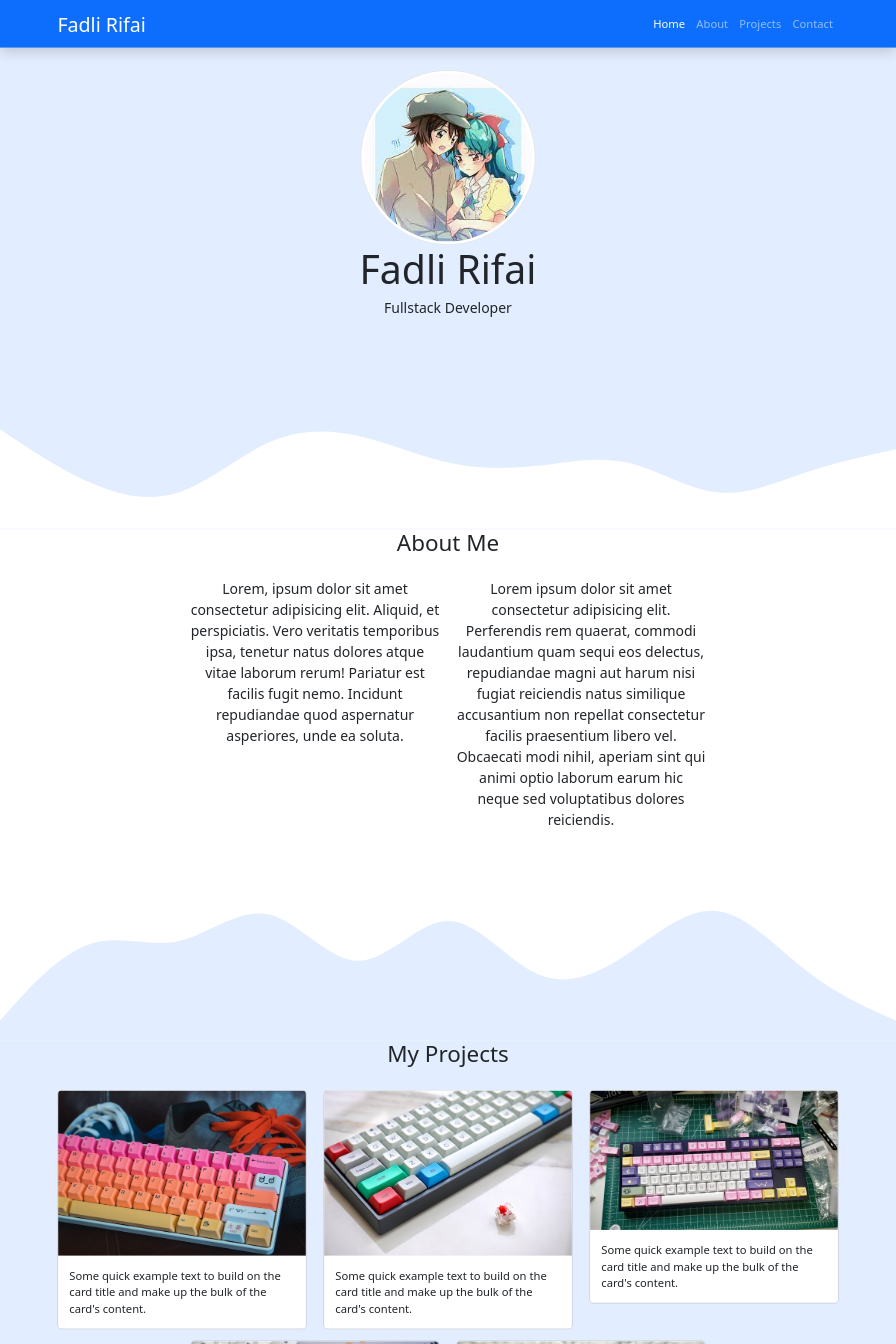
Repository: fadlyyy/fadli-dev.github.io
Page: index.html
The author's editor kept a copy of each file at every save. The page is drawn from the files as they stood at one save, then again after the next save.
The browser window is 1280 px wide. The pictures show the part of the page from y = 0 to 1920 px (the page is 3336 px tall before and 3268 px after), at 70% of full size.

Above is the page before, as saved 2024-01-19 18:13:31.

### index.html
<!DOCTYPE html>
<html lang="en">
  <head>
    <meta charset="utf-8" />
    <meta name="viewport" content="width=device-width, initial-scale=1" />
    <title>Bootstrap demo</title>
    <link href="https://cdn.jsdelivr.net/npm/bootstrap@5.2.3/dist/css/bootstrap.min.css" rel="stylesheet" integrity="sha384-rbsA2VBKQhggwzxH7pPCaAqO46MgnOM80zW1RWuH61DGLwZJEdK2Kadq2F9CUG65" crossorigin="anonymous" />

    <!-- Bootstrap Icons -->
    <link rel="stylesheet" href="https://cdn.jsdelivr.net/npm/bootstrap-icons@1.11.3/font/bootstrap-icons.min.css" />

    <!-- My styles css -->
    <link rel="stylesheet" href="style.css" />
  </head>
  <body>
    <!-- Navbar -->
    <nav class="navbar navbar-expand-lg navbar-dark bg-primary shadow">
      <div class="container">
        <a class="navbar-brand fs-3" href="#">Fadli Rifai</a>
        <button class="navbar-toggler" type="button" data-bs-toggle="collapse" data-bs-target="#navbarNav" aria-controls="navbarNav" aria-expanded="false" aria-label="Toggle navigation">
          <span class="navbar-toggler-icon"></span>
        </button>
        <div class="collapse navbar-collapse" id="navbarNav">
          <ul class="navbar-nav ms-auto">
            <li class="nav-item">
              <a class="nav-link active" aria-current="page" href="#">Home</a>
            </li>
            <li class="nav-item">
              <a class="nav-link" href="#">About</a>
            </li>
            <li class="nav-item">
              <a class="nav-link" href="#">Projects</a>
            </li>
            <li class="nav-item">
              <a class="nav-link" href="#">Contact</a>
            </li>
          </ul>
        </div>
      </div>
    </nav>
    <!-- Navbar End -->

    <!-- Jumbotron -->
    <section class="jumbotron text-center">
      <img class="rounded-circle img-thumbnail" src="img/images.jpeg" alt="" width="250" />
      <h1 class="display-4">Fadli Rifai</h1>
      <p class="lead">Fullstack Developer</p>
      <svg xmlns="http://www.w3.org/2000/svg" viewBox="0 0 1440 320">
        <path
          fill="#ffffff"
          fill-opacity="1"
          d="M0,160L24,176C48,192,96,224,144,245.3C192,267,240,277,288,261.3C336,245,384,203,432,181.3C480,160,528,160,576,170.7C624,181,672,203,720,213.3C768,224,816,224,864,218.7C912,213,960,203,1008,213.3C1056,224,1104,256,1152,261.3C1200,267,1248,245,1296,229.3C1344,213,1392,203,1416,197.3L1440,192L1440,320L1416,320C1392,320,1344,320,1296,320C1248,320,1200,320,1152,320C1104,320,1056,320,1008,320C960,320,912,320,864,320C816,320,768,320,720,320C672,320,624,320,576,320C528,320,480,320,432,320C384,320,336,320,288,320C240,320,192,320,144,320C96,320,48,320,24,320L0,320Z"
        ></path>
      </svg>
    </section>
    <!-- Jumbotron End -->

    <!-- About -->
    <section id="about">
      <div class="container">
        <div class="row text-center mb-4">
          <div class="col">
            <h2>About Me</h2>
          </div>
        </div>
        <div class="row justify-content-center fs-5 text-center">
          <div class="col-md-4">
            <p class="">
              Lorem, ipsum dolor sit amet consectetur adipisicing elit. Aliquid, et perspiciatis. Vero veritatis temporibus ipsa, tenetur natus dolores atque vitae laborum rerum! Pariatur est facilis fugit nemo. Incidunt repudiandae quod
              aspernatur asperiores, unde ea soluta.
            </p>
          </div>
          <div class="col-md-4">
            <p>
              Lorem ipsum dolor sit amet consectetur adipisicing elit. Perferendis rem quaerat, commodi laudantium quam sequi eos delectus, repudiandae magni aut harum nisi fugiat reiciendis natus similique accusantium non repellat
              consectetur facilis praesentium libero vel. Obcaecati modi nihil, aperiam sint qui animi optio laborum earum hic neque sed voluptatibus dolores reiciendis.
            </p>
          </div>
        </div>
      </div>
      <svg xmlns="http://www.w3.org/2000/svg" viewBox="0 0 1440 320">
        <path
          fill="#e2edff"
          fill-opacity="1"
          d="M0,288L24,261.3C48,235,96,181,144,165.3C192,149,240,171,288,160C336,149,384,107,432,117.3C480,128,528,192,576,192C624,192,672,128,720,128C768,128,816,192,864,213.3C912,235,960,213,1008,181.3C1056,149,1104,107,1152,112C1200,117,1248,171,1296,208C1344,245,1392,267,1416,277.3L1440,288L1440,320L1416,320C1392,320,1344,320,1296,320C1248,320,1200,320,1152,320C1104,320,1056,320,1008,320C960,320,912,320,864,320C816,320,768,320,720,320C672,320,624,320,576,320C528,320,480,320,432,320C384,320,336,320,288,320C240,320,192,320,144,320C96,320,48,320,24,320L0,320Z"
        ></path>
      </svg>
    </section>
    <!-- About End -->

    <!-- Section Projects -->
    <section id="projects">
      <div class="container">
        <div class="row mb-4">
          <div class="col text-center">
            <h2>My Projects</h2>
          </div>
        </div>
        <div class="row justify-content-center">
          <div class="col-md-4 mb-3 child">
            <div class="card">
              <img src="img/projects/Projects1.jpg" class="card-img-top" alt="..." />
              <div class="card-body">
                <p class="card-text">Some quick example text to build on the card title and make up the bulk of the card's content.</p>
              </div>
            </div>
          </div>
          <div class="col-md-4 mb-3 child">
            <div class="card">
              <img src="img/projects/Projects2.jpg" class="card-img-top" alt="..." />
              <div class="card-body">
                <p class="card-text">Some quick example text to build on the card title and make up the bulk of the card's content.</p>
              </div>
            </div>
          </div>
          <div class="col-md-4 mb-3 child">
            <div class="card">
              <img src="img/projects/Projects3.jpg" class="card-img-top" alt="..." />
              <div class="card-body">
                <p class="card-text">Some quick example text to build on the card title and make up the bulk of the card's content.</p>
              </div>
            </div>
          </div>
          <div class="col-md-4 mb-3 child">
            <div class="card">
              <img src="img/projects/Projects4.jpg" class="card-img-top" alt="..." />
              <div class="card-body">
                <p class="card-text">Some quick example text to build on the card title and make up the bulk of the card's content.</p>
              </div>
            </div>
          </div>
          <div class="col-md-4 mb-3 child">
            <div class="card">
              <img src="img/projects/Projects5.jpg" class="card-img-top" alt="..." />
              <div class="card-body">
                <p class="card-text">Some quick example text to build on the card title and make up the bulk of the card's content.</p>
              </div>
            </div>
          </div>
        </div>
      </div>
      <svg xmlns="http://www.w3.org/2000/svg" viewBox="0 0 1440 320">
        <path
          fill="#fff"
          fill-opacity="1"
          d="M0,192L48,197.3C96,203,192,213,288,192C384,171,480,117,576,128C672,139,768,213,864,229.3C960,245,1056,203,1152,197.3C1248,192,1344,224,1392,240L1440,256L1440,320L1392,320C1344,320,1248,320,1152,320C1056,320,960,320,864,320C768,320,672,320,576,320C480,320,384,320,288,320C192,320,96,320,48,320L0,320Z"
        ></path>
      </svg>
    </section>
    <!-- End Section Projects -->

    <!-- Contact -->
    <section id="contact">
      <div class="container">
        <div class="row text-center mb-3">
          <div class="col">
            <h2>Contact Me</h2>
          </div>
        </div>
        <div class="row justify-content-center">
          <div class="col-md-6">
            <form>
              <div class="mb-3">
                <label for="name" class="form-label">Name</label>
                <input type="text" class="form-control" id="name" aria-describedby="name" />
              </div>
              <div class="mb-3">
                <label for="email" class="form-label">Email Address</label>
                <input type="email" class="form-control" id="email" aria-describedby="email" />
              </div>
              <div class="mb-3">
                <label for="message" class="form-label">Message</label>
                <textarea class="form-control" id="message" rows="3"></textarea>
              </div>
              <button type="submit" class="btn btn-primary">Send Message</button>
            </form>
          </div>
        </div>
      </div>
      <svg xmlns="http://www.w3.org/2000/svg" viewBox="0 0 1440 320">
        <path
          fill="#0d6efd"
          fill-opacity="1"
          d="M0,96L30,117.3C60,139,120,181,180,218.7C240,256,300,288,360,288C420,288,480,256,540,240C600,224,660,224,720,229.3C780,235,840,245,900,224C960,203,1020,149,1080,144C1140,139,1200,181,1260,176C1320,171,1380,117,1410,90.7L1440,64L1440,320L1410,320C1380,320,1320,320,1260,320C1200,320,1140,320,1080,320C1020,320,960,320,900,320C840,320,780,320,720,320C660,320,600,320,540,320C480,320,420,320,360,320C300,320,240,320,180,320C120,320,60,320,30,320L0,320Z"
        ></path>
      </svg>
    </section>
    <!-- End Contact -->

    <!-- Footer -->
    <footer class="bg-primary text-center pb-5">
      <p class="text-white">Created with <i class="bi bi-heart-pulse-fill text-danger"></i> by <a href="#" class="fw-bold text-white fst-italic">Fadli Rifai</a></p>
    </footer>
    <!-- Footer End -->

    <script src="https://cdn.jsdelivr.net/npm/bootstrap@5.2.3/dist/js/bootstrap.bundle.min.js" integrity="sha384-kenU1KFdBIe4zVF0s0G1M5b4hcpxyD9F7jL+jjXkk+Q2h455rYXK/7HAuoJl+0I4" crossorigin="anonymous"></script>
  </body>
</html>

### style.css
.jumbotron {
  padding-top: 2rem;
  background-color: #e2edff;
}

#projects {
  background-color: #e2edff;
}

#projects .child {
  transition: all 0.2s ease-in-out;
}

#projects .child:hover {
  scale: 1.04;
}

.gelombang {
  position: relative;
  margin-bottom: -50px;
}

.gelombang .gelombang2 {
  margin-top: -300px;
  /* position: absolute; */
  /* top: -300px; */
  /* z-index: -10; */
}

After the next save:
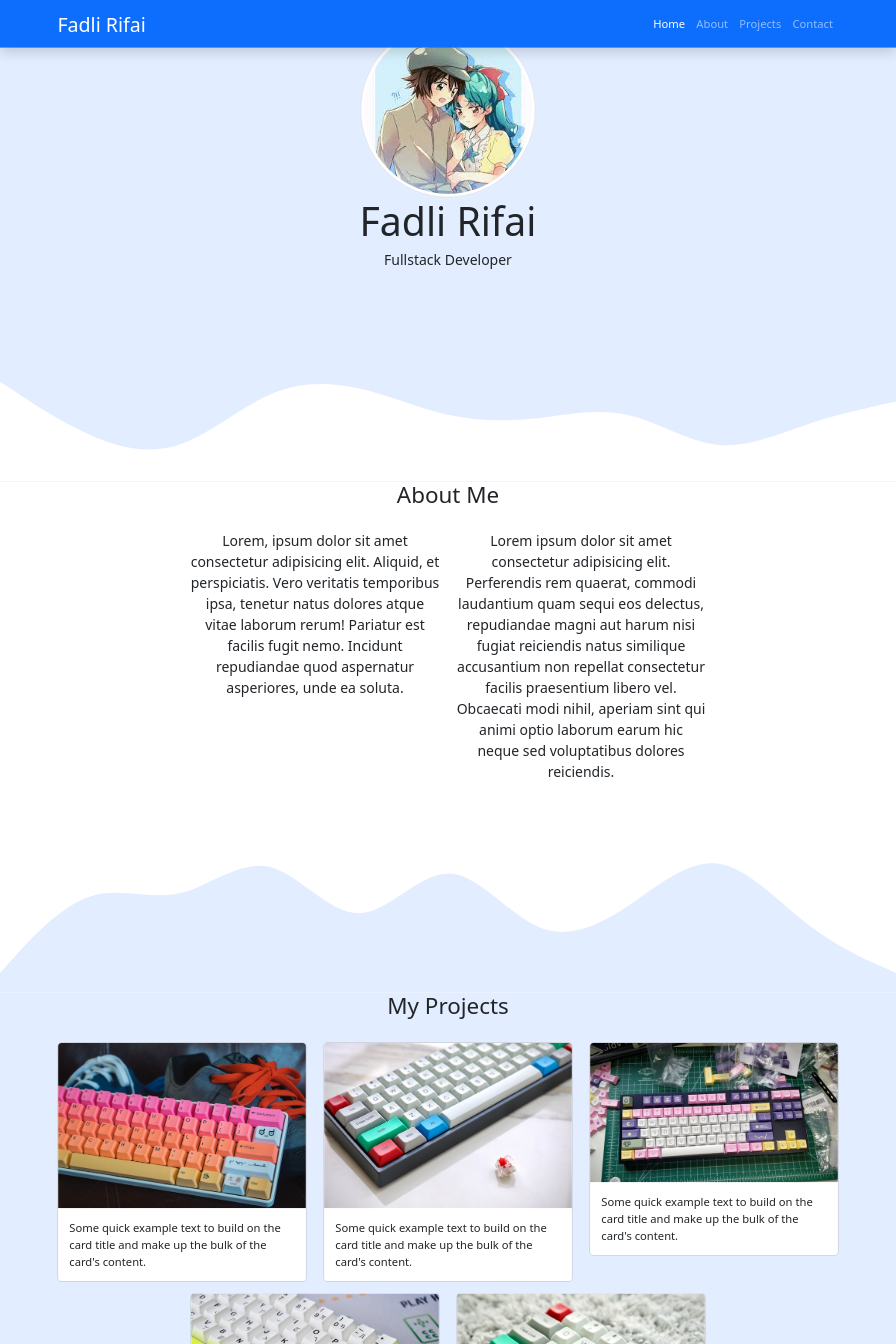
Saved 35 s later.
--- a/index.html
+++ b/index.html
@@ -14,7 +14,7 @@
   </head>
   <body>
     <!-- Navbar -->
-    <nav class="navbar navbar-expand-lg navbar-dark bg-primary shadow">
+    <nav class="navbar navbar-expand-lg navbar-dark bg-primary shadow fixed-top">
       <div class="container">
         <a class="navbar-brand fs-3" href="#">Fadli Rifai</a>
         <button class="navbar-toggler" type="button" data-bs-toggle="collapse" data-bs-target="#navbarNav" aria-controls="navbarNav" aria-expanded="false" aria-label="Toggle navigation">
